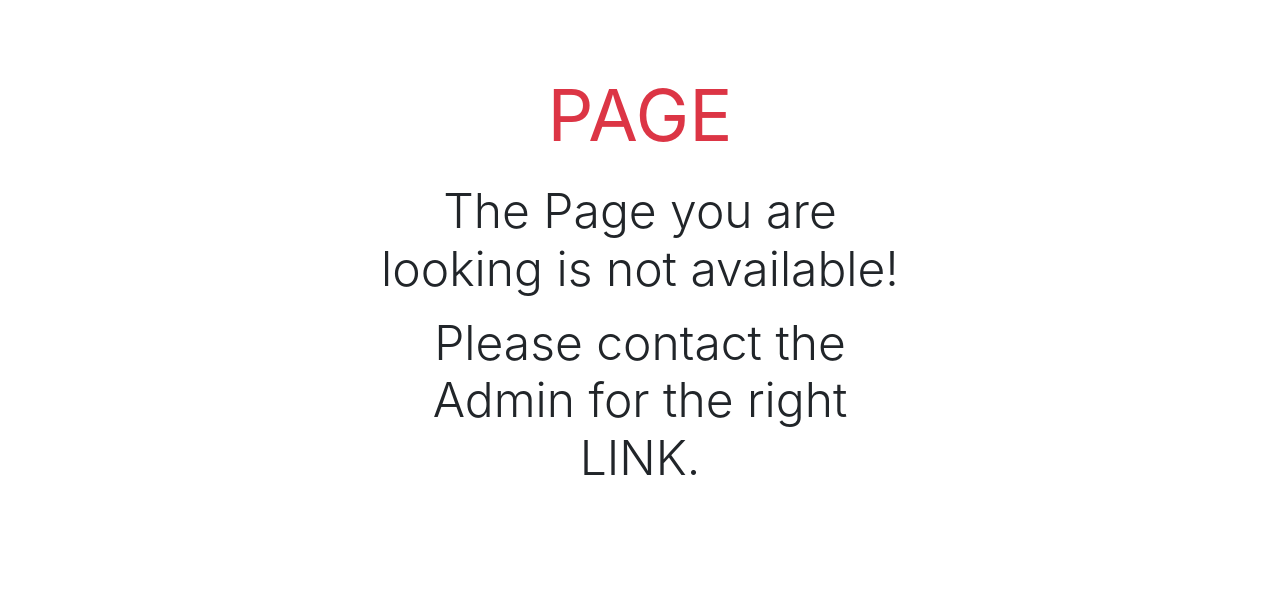
Repository: oluwaseyi9325/react-redux
Page: /mailer
The author's editor kept a copy of each file at every save. The page is drawn from the files as they stood at one save, then again after the next save.
The browser window is 1280 px wide. The pictures show the whole page.
The project was rebuilt for these pictures with package versions that can differ from the ones it lists, and the page was loaded fresh each time. Also part of the build but not shown: src/Pages/Index.tsx.

Above is the page before, as saved 2023-04-18 17:09:41.

### public/index.html
<!DOCTYPE html>
<html lang="en">

<head>
  <meta charset="utf-8" />
  <link rel="icon" href="%PUBLIC_URL%/favicon.ico" />
  <meta name="viewport" content="width=device-width, initial-scale=1" />
  <meta name="theme-color" content="#000000" />
  <meta name="description" content="Web site created using create-react-app" />
  <link rel="apple-touch-icon" href="%PUBLIC_URL%/logo192.png" />
  <link rel="manifest" href="%PUBLIC_URL%/manifest.json" />
  <link href="https://cdn.jsdelivr.net/npm/bootstrap@5.2.3/dist/css/bootstrap.min.css" rel="stylesheet" integrity="sha384-rbsA2VBKQhggwzxH7pPCaAqO46MgnOM80zW1RWuH61DGLwZJEdK2Kadq2F9CUG65" crossorigin="anonymous">
  <script src="https://cdn.jsdelivr.net/npm/bootstrap@5.2.3/dist/js/bootstrap.bundle.min.js" integrity="sha384-kenU1KFdBIe4zVF0s0G1M5b4hcpxyD9F7jL+jjXkk+Q2h455rYXK/7HAuoJl+0I4" crossorigin="anonymous"></script>
  <link rel="stylesheet" href="https://cdn.jsdelivr.net/npm/bootstrap-icons@1.10.3/font/bootstrap-icons.css">
  <title>SMS SENDER</title>
</head>

<body>
  <noscript>You need to enable JavaScript to run this app.</noscript>
  <div id="root"></div>
</body>

</html>

### src/index.tsx
import React from 'react';
import ReactDOM from 'react-dom/client';
import './index.css';
import App from './App';
import reportWebVitals from './reportWebVitals';
import { BrowserRouter } from 'react-router-dom';

const root = ReactDOM.createRoot(
  document.getElementById('root') as HTMLElement
);
root.render(
  <React.StrictMode>
    <BrowserRouter>
    <App />

    </BrowserRouter>
  </React.StrictMode>
);

// If you want to start measuring performance in your app, pass a function
// to log results (for example: reportWebVitals(console.log))
// or send to an analytics endpoint. Learn more: https://bit.ly/CRA-vitals
reportWebVitals();

### src/App.tsx
import React from 'react'
import { Route, Router, Routes } from 'react-router-dom'
import Index from './Pages/Index'
import NotFond from './Pages/NotFond'

const App = () => {

  return (
    <>
    <Routes>
      <Route path='/' element={<Index/>} />
      <Route path='*' element={<NotFond/>}/>
    </Routes>
    </>
  )
}

export default App

### src/Pages/NotFond.tsx
import React from 'react'

function NotFond() {
  return (
    <>
      <div className='mt-5 container'>
         <div className='row mt-5'>
            <div className='col-lg-6 col-md-7 mx-auto text-center'>
                <div>
                    <div>
                        <h1 className='text-danger  display-2 my-4'><b>PAGE</b></h1>
                        <div className='display-5'>
                        <p>The Page you are looking is not available!</p>
                        <p>Please contact the Admin for the right LINK.</p>
                        </div>
                    </div>
                </div>
            </div>
         </div>
      </div>
    </>
  )
}

export default NotFond

Loaded but not shown: src/index.css (common file); src/reportWebVitals.ts (common file)

After the next save:
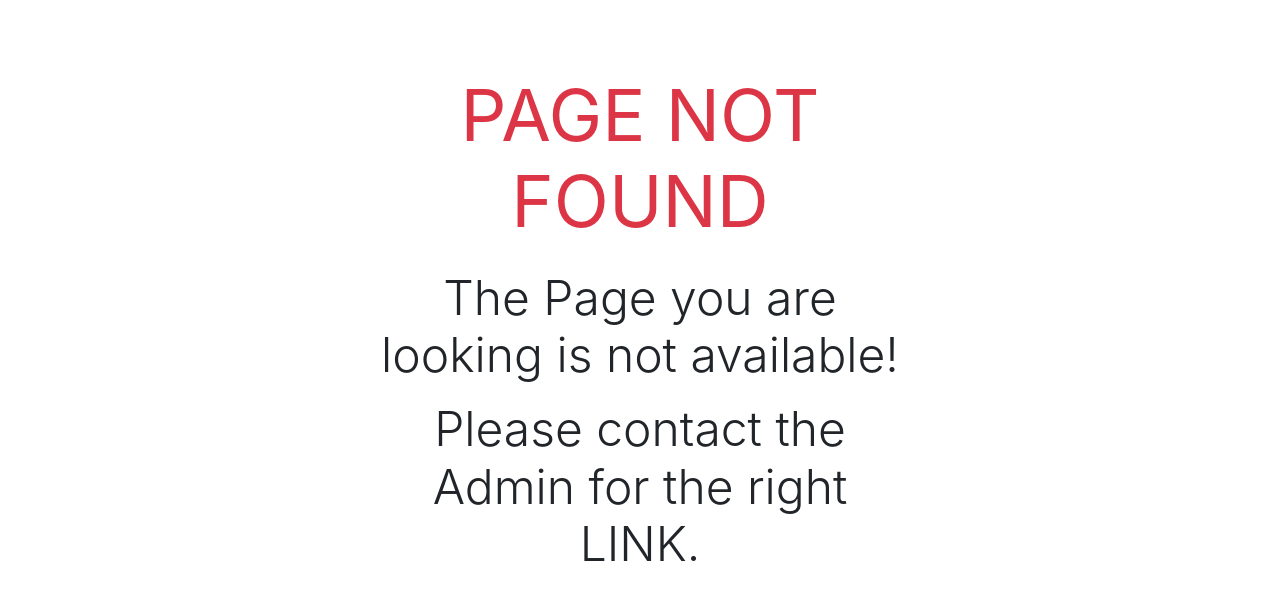
Saved 5 s later.
--- a/src/Pages/NotFond.tsx
+++ b/src/Pages/NotFond.tsx
@@ -8,7 +8,7 @@ function NotFond() {
             <div className='col-lg-6 col-md-7 mx-auto text-center'>
                 <div>
                     <div>
-                        <h1 className='text-danger  display-2 my-4'><b>PAGE</b></h1>
+                        <h1 className='text-danger  display-2 my-4'><b>PAGE NOT FOUND</b></h1>
                         <div className='display-5'>
                         <p>The Page you are looking is not available!</p>
                         <p>Please contact the Admin for the right LINK.</p>
